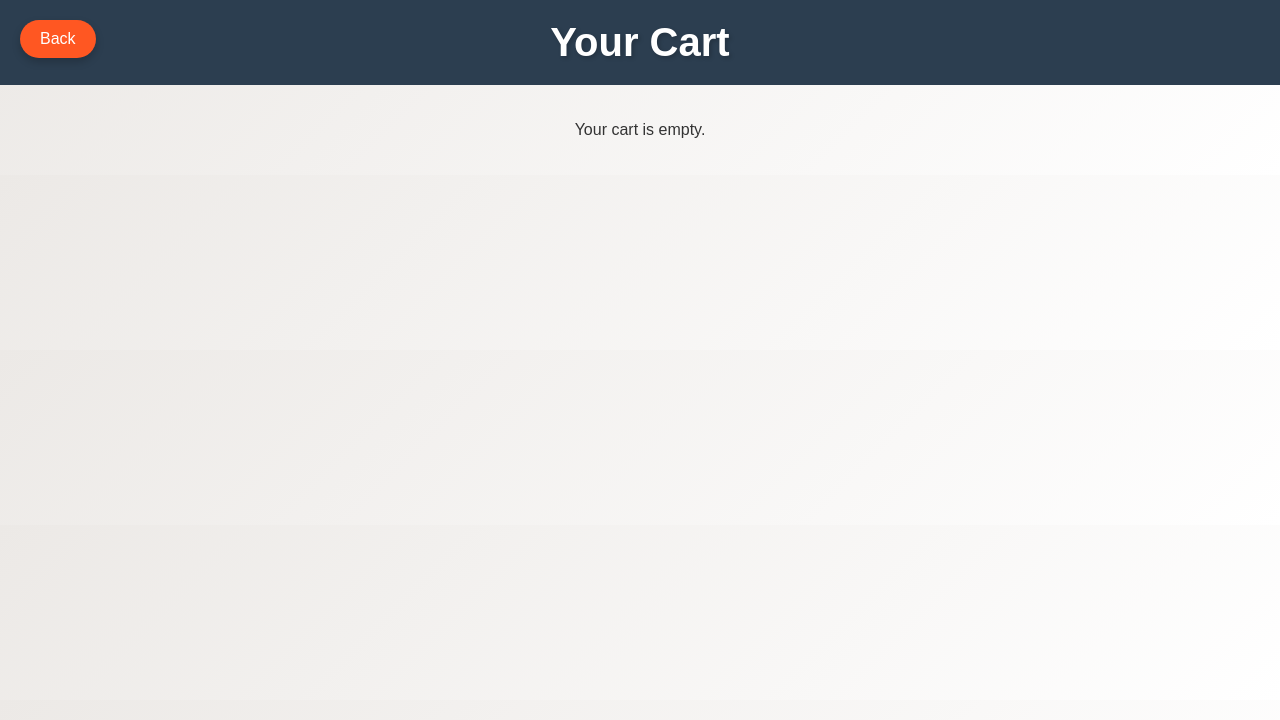
Repository: Masood395/Food-App
Page: http://localhost/FoodApp/cart.jsp
An editor plug-in stored every save of this project. The page is shown before and after the next save, followed by the edit.
The browser window is 1280 px wide. The pictures show the whole page.
The page is served by Tomcat 9. Other server files are loaded and not shown.

Above is the page before, as saved 2024-11-13 16:53:59.

### FoodApp/src/main/webapp/cart.jsp
<%@ page language="java" contentType="text/html; charset=UTF-8" pageEncoding="UTF-8"%>
<%@ page import="java.util.*" %>
<%@ page import="com.tap.cartitem.CartItem" %>

<!DOCTYPE html>
<html lang="en">
<head>
    <meta charset="UTF-8">
    <title>Your Cart</title>
    <link rel="stylesheet" href="https://cdnjs.cloudflare.com/ajax/libs/font-awesome/5.15.4/css/all.min.css">
    <style>
        /* General Styling */
        body {
            font-family: 'Arial', sans-serif;
            background: linear-gradient(135deg, #ece9e6, #ffffff);
            margin: 0;
            padding: 0;
            color: #333;
        }

        /* Header Styling */
        header {
            background: #2C3E50;
            color: white;
            padding: 20px;
            text-align: center;
        }

        header h1 {
            margin: 0;
            font-size: 2.5em;
            text-shadow: 2px 2px 4px rgba(0, 0, 0, 0.2);
        }

        /* Back Button Styling */
        .back-button {
            position: absolute;
            top: 20px;
            left: 20px;
            padding: 10px 20px;
            background: #FF5722;
            color: white;
            font-size: 1em;
            border: none;
            border-radius: 50px;
            cursor: pointer;
            transition: background 0.3s ease;
            box-shadow: 0 4px 8px rgba(0, 0, 0, 0.2);
        }

        .back-button:hover {
            background: #E64A19;
        }

        /* Container for Cart Items */
        .cart-container {
            display: flex;
            flex-direction: column;
            align-items: center;
            padding: 20px;
            max-width: 1200px;
            margin: 0 auto;
        }

        /* Cart Item Card */
        .cart-item {
            display: flex;
            background: #fff;
            border-radius: 15px;
            overflow: hidden;
            width: 90%;
            max-width: 800px;
            margin-bottom: 20px;
            box-shadow: 0 4px 10px rgba(0, 0, 0, 0.15);
            transition: transform 0.3s ease;
            position: relative;
            animation: slideIn 0.5s ease forwards;
        }

        @keyframes slideIn {
            from { opacity: 0; transform: translateY(20px); }
            to { opacity: 1; transform: translateY(0); }
        }

        .cart-item:hover {
            transform: translateY(-5px);
        }

        .cart-item img {
            width: 200px;
            height: 200px;
            object-fit: cover;
            border-right: 1px solid #ddd;
        }

        .cart-item-details {
            padding: 20px;
            flex: 1;
            display: flex;
            flex-direction: column;
            justify-content: space-between;
        }

        .cart-item h2 {
            font-size: 1.6em;
            color: #333;
            margin: 0 0 10px;
        }

        .cart-item p {
            font-size: 1.1em;
            margin: 5px 0;
        }

        .cart-item .price {
            font-size: 1.4em;
            color: #FF5722;
            font-weight: bold;
        }

        .quantity-selector {
            display: flex;
            align-items: center;
            margin-top: 10px;
        }

        .quantity-selector select {
            padding: 8px;
            border-radius: 5px;
            border: 1px solid #ccc;
            margin-right: 10px;
            font-size: 1em;
        }

        /* Button Styles */
        .button-container {
            display: flex;
            justify-content: space-between;
            margin-top: 10px;
        }

        .update-button, .remove-button {
            background: #E74C3C;
            color: white;
            padding: 10px 15px;
            font-size: 1em;
            border: none;
            border-radius: 30 ```jsp
px;
            cursor: pointer;
            transition: background 0.3s ease;
        }

        .update-button:hover {
            background: #C0392B;
        }

        .remove-button {
            background: #FF5722;
        }

        .remove-button:hover {
            background: #E64A19;
        }

        /* Total Price Section */
        .total-section {
            font-size: 1.5em;
            font-weight: bold;
            margin-top: 20px;
            color: #333;
            text-align: center;
        }

        .checkout-button {
            display: inline-block;
            background: #28a745;
            color: white;
            padding: 15px 30px;
            font-size: 1.2em;
            border-radius: 50px;
            text-align: center;
            cursor: pointer;
            transition: background 0.3s ease;
            margin-top: 20px;
            text-decoration: none;
        }

        .checkout-button:hover {
            background: #218838;
        }

        /* Responsive Design */
        @media (max-width: 600px) {
            .cart-item {
                flex-direction: column;
                align-items: flex-start;
            }

            .cart-item img {
                width: 100%;
                height: auto;
            }

            .quantity-selector {
                margin-top: 10px;
            }
        }
    </style>
</head>
<body>

<header>
    <h1>Your Cart</h1>
    <button class="back-button" onclick="window.location.href='getMenu.jsp';">Back</button>
</header>

<div class="cart-container">
    <!-- <a href="javascript:history.back()" class="back-button">Back</a> -->

    <%
        Map<Integer, CartItem> cart = (Map<Integer, CartItem>) session.getAttribute("cart");
        double total = 0;
        if (cart != null && !cart.isEmpty()) {
            for (CartItem item : cart.values()) {
                double itemTotal = item.getPrice() * item.getQuantity();
                total += itemTotal;
    %>
        <div class="cart-item">
            <img src="<%= item.getImage() %>" alt="<%= item.getName() %>">
            <div class="cart-item-details">
                <h2><%= item.getName() %></h2>
                <p>Restaurant: <%= item.getRestaurant() %></p>
                <p class="price">$<%= String.format("%.2f", item.getPrice()) %></p>
                <p>Quantity: <%= item.getQuantity() %></p>
                <p>Subtotal: $<%= String.format("%.2f", itemTotal) %></p>
                <div class="quantity-selector">
                    <form action="updateCart" method="post">
                        <select name="quantity" onchange="this.form.submit()">
                            <% for (int i = 1; i <= 10; i++) { %>
                                <option value="<%= i %>" <%= i == item.getQuantity() ? "selected" : "" %>><%= i %></option>
                            <% } %>
                        </select>
                        <input type="hidden" name="itemId" value="<%= item.getItemId() %>">
                    </form>
                </div>
                <div class="button-container">
                    <!-- <form action="updateCart" method="post">
                        <button type="submit" class="update-button">Update</button>
                    </form> -->
                    <form action="removeItem" method="post">
                        <input type="hidden" name="itemId" value="<%= item.getItemId() %>">
                        <button type="submit" class="remove-button">Remove</button>
                    </form>
                </div>
            </div>
        </div>
    <%
            }
    %>
        <div class="total-section">
            <p>Total: $<%= String.format("%.2f", total) %></p>
            <a href="checkout.jsp" class="checkout-button">Proceed to Checkout</a>
        </div>
    <%
        } else {
    %>
        <p>Your cart is empty.</p>
    <%
        }
    %>
</div>

</body>
</html>

After the next save:
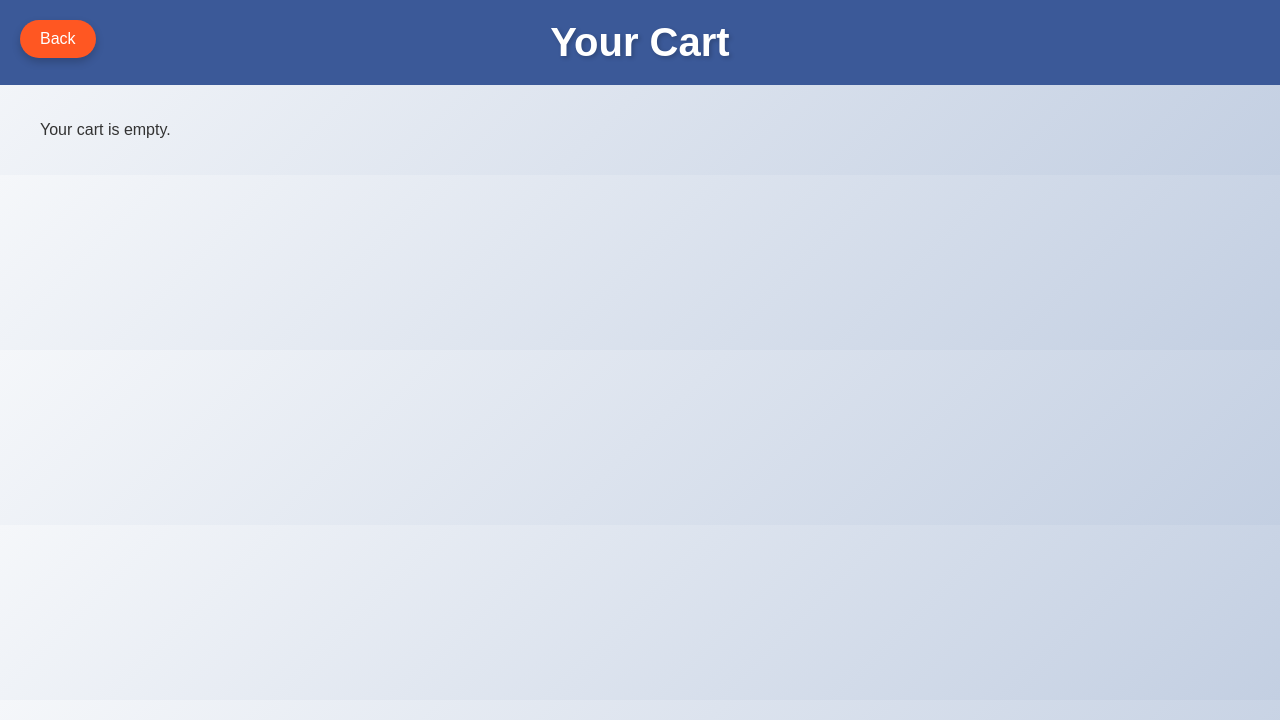
Saved 3 min 38 s later.
--- a/FoodApp/src/main/webapp/cart.jsp
+++ b/FoodApp/src/main/webapp/cart.jsp
@@ -12,7 +12,7 @@
         /* General Styling */
         body {
             font-family: 'Arial', sans-serif;
-            background: linear-gradient(135deg, #ece9e6, #ffffff);
+            background: linear-gradient(135deg, #f5f7fa, #c3cfe2);
             margin: 0;
             padding: 0;
             color: #333;
@@ -20,7 +20,7 @@
 
         /* Header Styling */
         header {
-            background: #2C3E50;
+            background: #3B5998;
             color: white;
             padding: 20px;
             text-align: center;
@@ -55,8 +55,8 @@
         /* Container for Cart Items */
         .cart-container {
             display: flex;
-            flex-direction: column;
-            align-items: center;
+            flex-wrap: wrap;
+            gap: 20px;
             padding: 20px;
             max-width: 1200px;
             margin: 0 auto;
@@ -64,15 +64,13 @@
 
         /* Cart Item Card */
         .cart-item {
-            display: flex;
+            flex: 1 1 300px;
             background: #fff;
             border-radius: 15px;
             overflow: hidden;
-            width: 90%;
-            max-width: 800px;
-            margin-bottom: 20px;
+            max-width: 300px;
             box-shadow: 0 4px 10px rgba(0, 0, 0, 0.15);
-            transition: transform 0.3s ease;
+            transition: transform 0.3s ease, box-shadow 0.3s ease;
             position: relative;
             animation: slideIn 0.5s ease forwards;
         }
@@ -84,79 +82,66 @@
 
         .cart-item:hover {
             transform: translateY(-5px);
+            box-shadow: 0 6px 12px rgba(0, 0, 0, 0.2);
         }
 
         .cart-item img {
-            width: 200px;
+            width: 100%;
             height: 200px;
             object-fit: cover;
-            border-right: 1px solid #ddd;
         }
 
         .cart-item-details {
             padding: 20px;
-            flex: 1;
             display: flex;
             flex-direction: column;
-            justify-content: space-between;
+            gap: 10px;
         }
 
         .cart-item h2 {
-            font-size: 1.6em;
+            font-size: 1.5em;
             color: #333;
-            margin: 0 0 10px;
+            margin: 0;
         }
 
         .cart-item p {
-            font-size: 1.1em;
+            font-size: 1em;
             margin: 5px 0;
         }
 
-        .cart-item .price {
-            font-size: 1.4em;
+        .price {
+            font-size: 1.2em;
             color: #FF5722;
             font-weight: bold;
         }
 
-        .quantity-selector {
-            display: flex;
-            align-items: center;
-            margin-top: 10px;
-        }
-
+        /* Quantity Selector Styling */
         .quantity-selector select {
-            padding: 8px;
+            padding: 5px;
             border-radius: 5px;
             border: 1px solid #ccc;
-            margin-right: 10px;
-            font-size: 1em;
+            font-size: 1em;
+            width: 70px;
         }
 
         /* Button Styles */
         .button-container {
             display: flex;
-            justify-content: space-between;
+            gap: 10px;
             margin-top: 10px;
         }
 
-        .update-button, .remove-button {
-            background: #E74C3C;
-            color: white;
-            padding: 10px 15px;
+        .remove-button {
+            background: #FF5722;
+            color: white;
+            padding: 10px;
             font-size: 1em;
             border: none;
-            border-radius: 30 ```jsp
-px;
+            border-radius: 8px;
             cursor: pointer;
             transition: background 0.3s ease;
-        }
-
-        .update-button:hover {
-            background: #C0392B;
-        }
-
-        .remove-button {
-            background: #FF5722;
+            flex: 1;
+            text-align: center;
         }
 
         .remove-button:hover {
@@ -167,9 +152,13 @@
         .total-section {
             font-size: 1.5em;
             font-weight: bold;
-            margin-top: 20px;
             color: #333;
             text-align: center;
+            padding: 20px;
+            margin-top: 20px;
+            background: #fff;
+            border-radius: 15px;
+            box-shadow: 0 4px 10px rgba(0, 0, 0, 0.15);
         }
 
         .checkout-button {
@@ -179,33 +168,17 @@
             padding: 15px 30px;
             font-size: 1.2em;
             border-radius: 50px;
-            text-align: center;
             cursor: pointer;
             transition: background 0.3s ease;
             margin-top: 20px;
             text-decoration: none;
+            box-shadow: 0 4px 8px rgba(0, 0, 0, 0.2);
         }
 
         .checkout-button:hover {
             background: #218838;
         }
 
-        /* Responsive Design */
-        @media (max-width: 600px) {
-            .cart-item {
-                flex-direction: column;
-                align-items: flex-start;
-            }
-
-            .cart-item img {
-                width: 100%;
-                height: auto;
-            }
-
-            .quantity-selector {
-                margin-top: 10px;
-            }
-        }
     </style>
 </head>
 <body>
@@ -216,8 +189,6 @@
 </header>
 
 <div class="cart-container">
-    <!-- <a href="javascript:history.back()" class="back-button">Back</a> -->
-
     <%
         Map<Integer, CartItem> cart = (Map<Integer, CartItem>) session.getAttribute("cart");
         double total = 0;
@@ -245,9 +216,6 @@
                     </form>
                 </div>
                 <div class="button-container">
-                    <!-- <form action="updateCart" method="post">
-                        <button type="submit" class="update-button">Update</button>
-                    </form> -->
                     <form action="removeItem" method="post">
                         <input type="hidden" name="itemId" value="<%= item.getItemId() %>">
                         <button type="submit" class="remove-button">Remove</button>

After the save that followed:
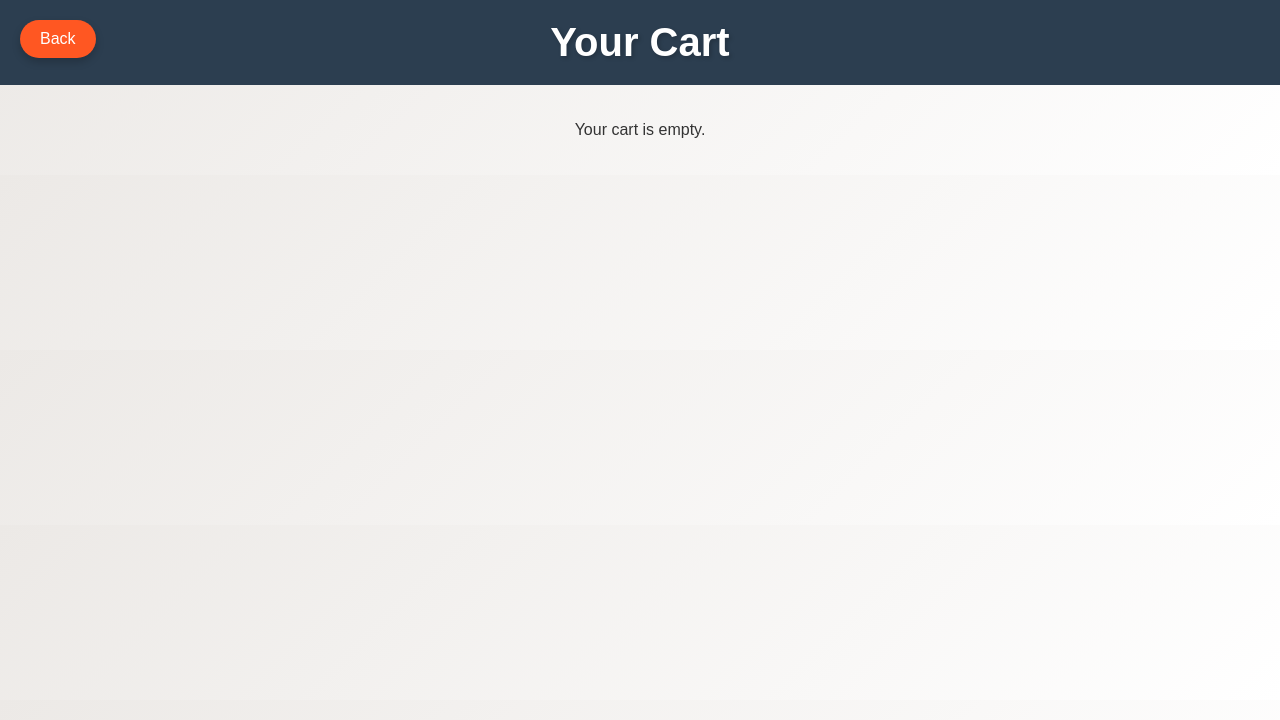
Saved 2 min 11 s later.
--- a/FoodApp/src/main/webapp/cart.jsp
+++ b/FoodApp/src/main/webapp/cart.jsp
@@ -12,7 +12,7 @@
         /* General Styling */
         body {
             font-family: 'Arial', sans-serif;
-            background: linear-gradient(135deg, #f5f7fa, #c3cfe2);
+            background: linear-gradient(135deg, #ece9e6, #ffffff);
             margin: 0;
             padding: 0;
             color: #333;
@@ -20,7 +20,7 @@
 
         /* Header Styling */
         header {
-            background: #3B5998;
+            background: #2C3E50;
             color: white;
             padding: 20px;
             text-align: center;
@@ -55,8 +55,8 @@
         /* Container for Cart Items */
         .cart-container {
             display: flex;
-            flex-wrap: wrap;
-            gap: 20px;
+            flex-direction: column;
+            align-items: center;
             padding: 20px;
             max-width: 1200px;
             margin: 0 auto;
@@ -64,13 +64,15 @@
 
         /* Cart Item Card */
         .cart-item {
-            flex: 1 1 300px;
+            display: flex;
             background: #fff;
             border-radius: 15px;
             overflow: hidden;
-            max-width: 300px;
+            width: 90%;
+            max-width: 800px;
+            margin-bottom: 20px;
             box-shadow: 0 4px 10px rgba(0, 0, 0, 0.15);
-            transition: transform 0.3s ease, box-shadow 0.3s ease;
+            transition: transform 0.3s ease;
             position: relative;
             animation: slideIn 0.5s ease forwards;
         }
@@ -82,66 +84,79 @@
 
         .cart-item:hover {
             transform: translateY(-5px);
-            box-shadow: 0 6px 12px rgba(0, 0, 0, 0.2);
         }
 
         .cart-item img {
-            width: 100%;
+            width: 200px;
             height: 200px;
             object-fit: cover;
+            border-right: 1px solid #ddd;
         }
 
         .cart-item-details {
             padding: 20px;
+            flex: 1;
             display: flex;
             flex-direction: column;
-            gap: 10px;
+            justify-content: space-between;
         }
 
         .cart-item h2 {
-            font-size: 1.5em;
+            font-size: 1.6em;
             color: #333;
-            margin: 0;
+            margin: 0 0 10px;
         }
 
         .cart-item p {
-            font-size: 1em;
+            font-size: 1.1em;
             margin: 5px 0;
         }
 
-        .price {
-            font-size: 1.2em;
+        .cart-item .price {
+            font-size: 1.4em;
             color: #FF5722;
             font-weight: bold;
         }
 
-        /* Quantity Selector Styling */
+        .quantity-selector {
+            display: flex;
+            align-items: center;
+            margin-top: 10px;
+        }
+
         .quantity-selector select {
-            padding: 5px;
+            padding: 8px;
             border-radius: 5px;
             border: 1px solid #ccc;
+            margin-right: 10px;
             font-size: 1em;
-            width: 70px;
         }
 
         /* Button Styles */
         .button-container {
             display: flex;
-            gap: 10px;
+            justify-content: space-between;
             margin-top: 10px;
+        }
+
+        .update-button, .remove-button {
+            background: #E74C3C;
+            color: white;
+            padding: 10px 15px;
+            font-size: 1em;
+            border: none;
+            border-radius: 30 ```jsp
+px;
+            cursor: pointer;
+            transition: background 0.3s ease;
+        }
+
+        .update-button:hover {
+            background: #C0392B;
         }
 
         .remove-button {
             background: #FF5722;
-            color: white;
-            padding: 10px;
-            font-size: 1em;
-            border: none;
-            border-radius: 8px;
-            cursor: pointer;
-            transition: background 0.3s ease;
-            flex: 1;
-            text-align: center;
         }
 
         .remove-button:hover {
@@ -152,13 +167,9 @@
         .total-section {
             font-size: 1.5em;
             font-weight: bold;
+            margin-top: 20px;
             color: #333;
             text-align: center;
-            padding: 20px;
-            margin-top: 20px;
-            background: #fff;
-            border-radius: 15px;
-            box-shadow: 0 4px 10px rgba(0, 0, 0, 0.15);
         }
 
         .checkout-button {
@@ -168,17 +179,33 @@
             padding: 15px 30px;
             font-size: 1.2em;
             border-radius: 50px;
+            text-align: center;
             cursor: pointer;
             transition: background 0.3s ease;
             margin-top: 20px;
             text-decoration: none;
-            box-shadow: 0 4px 8px rgba(0, 0, 0, 0.2);
         }
 
         .checkout-button:hover {
             background: #218838;
         }
 
+        /* Responsive Design */
+        @media (max-width: 600px) {
+            .cart-item {
+                flex-direction: column;
+                align-items: flex-start;
+            }
+
+            .cart-item img {
+                width: 100%;
+                height: auto;
+            }
+
+            .quantity-selector {
+                margin-top: 10px;
+            }
+        }
     </style>
 </head>
 <body>
@@ -189,6 +216,8 @@
 </header>
 
 <div class="cart-container">
+    <!-- <a href="javascript:history.back()" class="back-button">Back</a> -->
+
     <%
         Map<Integer, CartItem> cart = (Map<Integer, CartItem>) session.getAttribute("cart");
         double total = 0;
@@ -216,6 +245,9 @@
                     </form>
                 </div>
                 <div class="button-container">
+                    <!-- <form action="updateCart" method="post">
+                        <button type="submit" class="update-button">Update</button>
+                    </form> -->
                     <form action="removeItem" method="post">
                         <input type="hidden" name="itemId" value="<%= item.getItemId() %>">
                         <button type="submit" class="remove-button">Remove</button>
